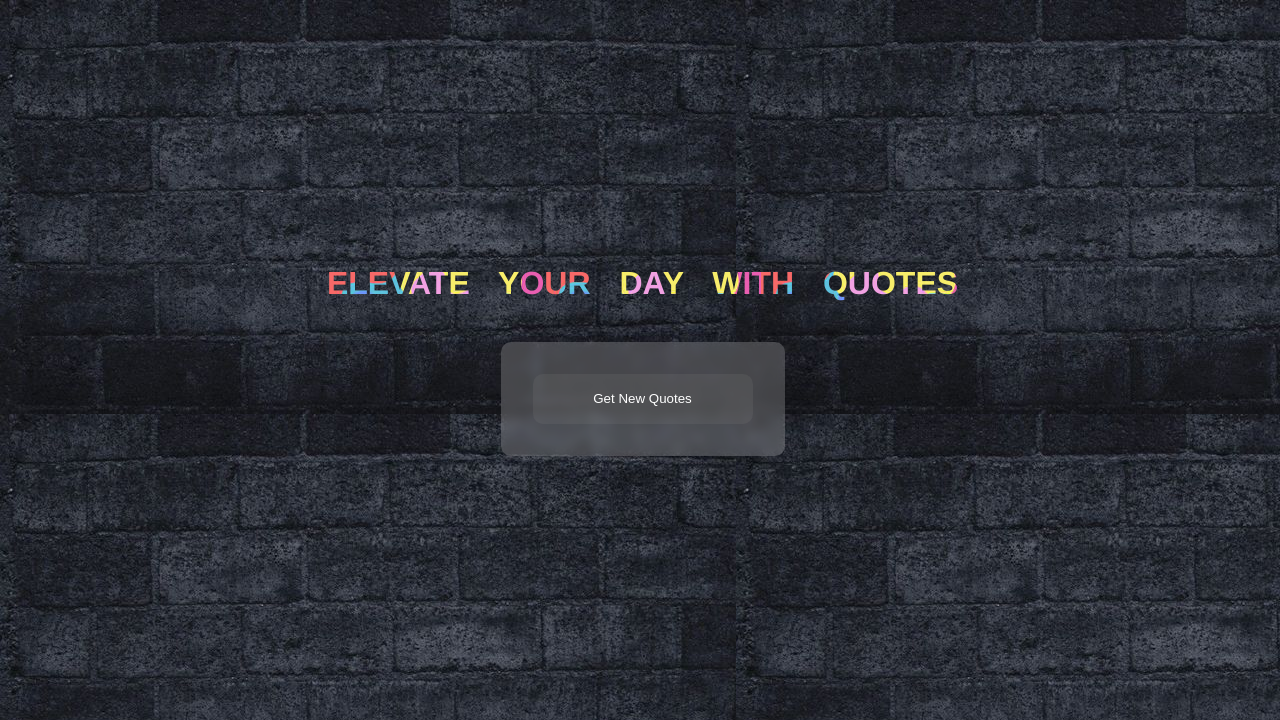
Repository: Bhavik-Sanghar/Quote-app
Page: /
These files come from the project's save history. The page is drawn as it stood at one moment and after the next save; the edit follows.
The browser window is 1280 px wide. The pictures show the whole page.
The page's requests for data from a server got no answer. The project was rebuilt for these pictures with package versions that can differ from the ones it lists, and the page was loaded fresh each time. No one was signed in, and anything a server would have sent is missing. Also part of the build but not shown: src/styles.css.

Above is the page before, as saved 2023-08-18 15:53:14.

### src/App.js
import React from 'react';
import './styles.css';
import QuoteComponent from './components/NewQuote'

function App() {
  return (
    <div className="App">

      <QuoteComponent/>


    </div>
  );
}

export default App;

### src/components/NewQuote.js
import React, { useEffect, useState } from "react";
import axios from "axios";
import './New.css'

const QuoteComponent = () => {
  const [quotes, setQuotes] = useState([]);
  const category = "inspirational";
  const apiKey = "EgtS4gqLsbjvHM2bBjKwBA==PYmsGLFQFXQzq0Na";

  useEffect(() => {
    fetchQuotes();
  }, []);

  const fetchQuotes = async () => {
    try {
      const response = await axios.get(
        `https://api.api-ninjas.com/v1/quotes?category=${category}&limit=1`, // Fetching 5 quotes
        {
          headers: { "X-Api-Key": apiKey },
        }
      );
      setQuotes(response.data);
    } catch (error) {
      console.error("Error: ", error);
    }
  };

  const handleFetchNewQuotes = () => {
    fetchQuotes();
  };

  return (
    <div className="quote-container">
      <h1>Elevate Your Day with Quotes</h1>
      <div className="card-container">
        {quotes.map((quote, index) => (
          <div key={index} className="card">
            <p className="quote-text">{quote.quote}</p>
            <p className="author">- {quote.author}</p>
          </div>
        ))} <button className="glow-on-hover" onClick={handleFetchNewQuotes}>
           Get New Quotes
      </button>
      </div>
    </div>
  );
};

export default QuoteComponent;

### src/components/New.css
.quote-container {
  padding: auto;
  padding-left: 5px;
  display: flex;
  flex-direction: column;
  justify-content: center;
  align-items: center;
  min-height: 100vh;
  background-color: black;
  background-image: url(./bg.jpg);
  transition: background-image 0.5s ease-in-out; /* Add transition for smooth image change */
  color: white;
  position: relative; /* Required for positioning pseudo-element */
  overflow: hidden; /* Hide overflowing pseudo-element content */
}

.quote-container h1 {
  z-index: 2;
  margin: 20px;
  background-image: url(./h1.jpg);
  background-repeat: repeat;
  opacity: 0;
  -webkit-background-clip: text;
  -webkit-text-fill-color: transparent;
  text-align: center;
  word-spacing: 20px;
  font-weight: bold;
  text-transform: uppercase;
  font-family: "Steelfish Rg", "helvetica neue";
  font-weight: 800;
  -webkit-font-smoothing: antialiased;
  transition: background-color 0.3s ease-in-out;
  animation: fadeInHeading 2s ease-in-out 0.5s forwards;
}

.card:hover {
  /* Example animation - scale up on hover */
  transform: scale(1.05);
  transition: transform 0.3s ease-in-out;
}

.author:hover {
  /* Example animation - change text color on hover */
  color: #00e5ff; /* Change to your desired color */
  transition: color 0.3s ease-in-out;
}
.quote-container h1:hover {
  font-size: 2.2em;
  transition: font-size 0.3s ease-in-out;
}

.fetch-button {
  position: absolute;
  margin-top: 40px;
  bottom: 20px; /* Adjust to your preference */
  right: 20px; /* Adjust to your preference */
  background-color: transparent;
  border: none;
  color: white;
  cursor: pointer;
  font-size: 16px;
  padding: 10px 20px;
  border-radius: 5px;
  transition: background-color 0.3s ease-in-out;
}

.fetch-button:hover {
  background-color: rgba(255, 255, 255, 0.1);
}

.card-container {
  z-index: 2;
  margin: 20px;
  backdrop-filter: blur(5px);
  background-color: hsla(0, 0%, 100%, 0.2);
  border-radius: 10px;
  padding: 2rem;
  font-size: larger;
  font-family: "Times New Roman", Times, serif;
  opacity: 0; /* Set initial opacity to 0 */
  animation: fadeInQuotes 3s ease-in-out 1s forwards,
    fadeInBackground 3s ease-in-out 1s forwards;
  position: relative; /* Ensure proper z-index behavior */
}

@keyframes fadeInHeading {
  from {
    opacity: 0;
    transform: translateY(-20px);
  }
  to {
    opacity: 1;
    transform: translateY(0);
  }
}

@keyframes fadeInQuotes {
  from {
    opacity: 0;
    transform: translateY(20px);
  }
  to {
    opacity: 1;
    transform: translateY(0);
  }
}

@keyframes fadeInBackground {
  from {
    opacity: 0;
  }
  to {
    opacity: 1;
  }
}

.glow-on-hover {
  width: 220px;
  height: 50px;
  border: none;
  outline: none;
  color: #fff;
  background-color: rgba(255, 255, 255, 0.1);
  cursor: pointer;
  position: relative;
  z-index: 0;
  border-radius: 10px;
}

.glow-on-hover:before {
  content: "";
  background: linear-gradient(
    45deg,
    rgb(120, 193, 243) ,rgb(155, 232, 216), rgb(226, 246, 202), rgb(248, 253, 207)
  );
  position: absolute;
  top: -2px;
  left: -2px;
  background-size: 400%;
  z-index: -1;
  filter: blur(5px);
  width: calc(100% + 4px);
  height: calc(100% + 4px);
  animation: glowing 20s linear infinite;
  opacity: 0;
  transition: opacity 0.3s ease-in-out;
  border-radius: 10px;
}

.glow-on-hover:active {
  color: #000;
}

.glow-on-hover:active:after {
  background: transparent;
}

.glow-on-hover:hover:before {
  opacity: 1;
}

.glow-on-hover:after {
  z-index: -1;
  content: "";
  position: absolute;
  width: 100%;
  height: 100%;
  background-color: rgba(0, 0, 0, 0.1);
  left: 0;
  top: 0;
  border-radius: 10px;
}

@keyframes glowing {
  0% {
    background-position: 0 0;
  }
  50% {
    background-position: 400% 0;
  }
  100% {
    background-position: 0 0;
  }
}

Loaded but not shown: public/index.html (common file); src/index.js (common file); src/index.css (common file); src/reportWebVitals.js (common file)

After the next save:
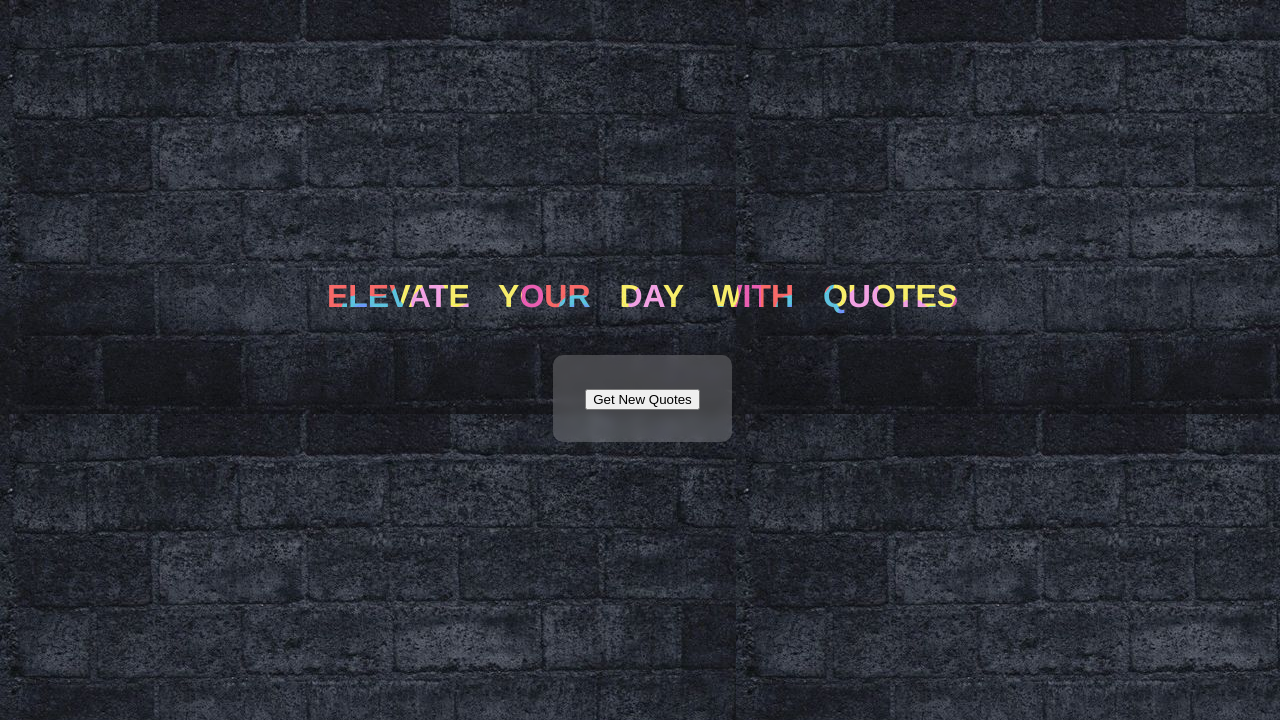
Saved 93 s later.
--- a/src/components/New.css
+++ b/src/components/New.css
@@ -114,71 +114,10 @@
   }
 }
 
-.glow-on-hover {
-  width: 220px;
+.btn {
+  line-height: 50px;
   height: 50px;
-  border: none;
-  outline: none;
-  color: #fff;
-  background-color: rgba(255, 255, 255, 0.1);
+  text-align: center;
+  width: 250px;
   cursor: pointer;
-  position: relative;
-  z-index: 0;
-  border-radius: 10px;
 }
-
-.glow-on-hover:before {
-  content: "";
-  background: linear-gradient(
-    45deg,
-    rgb(120, 193, 243) ,rgb(155, 232, 216), rgb(226, 246, 202), rgb(248, 253, 207)
-  );
-  position: absolute;
-  top: -2px;
-  left: -2px;
-  background-size: 400%;
-  z-index: -1;
-  filter: blur(5px);
-  width: calc(100% + 4px);
-  height: calc(100% + 4px);
-  animation: glowing 20s linear infinite;
-  opacity: 0;
-  transition: opacity 0.3s ease-in-out;
-  border-radius: 10px;
-}
-
-.glow-on-hover:active {
-  color: #000;
-}
-
-.glow-on-hover:active:after {
-  background: transparent;
-}
-
-.glow-on-hover:hover:before {
-  opacity: 1;
-}
-
-.glow-on-hover:after {
-  z-index: -1;
-  content: "";
-  position: absolute;
-  width: 100%;
-  height: 100%;
-  background-color: rgba(0, 0, 0, 0.1);
-  left: 0;
-  top: 0;
-  border-radius: 10px;
-}
-
-@keyframes glowing {
-  0% {
-    background-position: 0 0;
-  }
-  50% {
-    background-position: 400% 0;
-  }
-  100% {
-    background-position: 0 0;
-  }
-}
